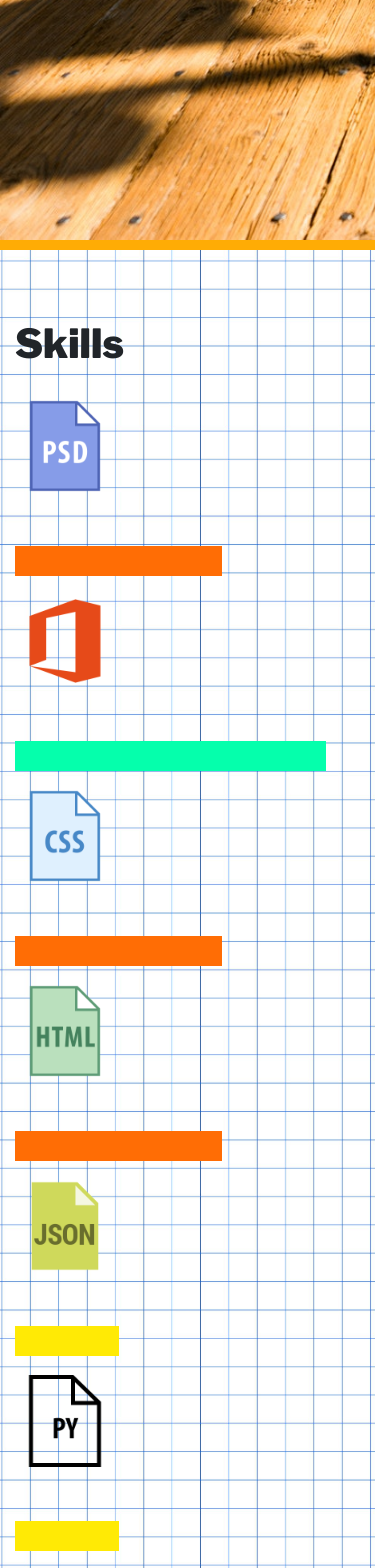
Repository: muhdarifrawi/resume-project
Page: index.html
The author's editor kept a record of every edit. The page is drawn from the files as they stood at one moment, then again after the next edit.
The browser window is 375 px wide. The page is 390 px wide, so the pictures cover 390 px, including what lies to the right of the window. The pictures show the part of the page from y = 560 to 2128 px (the page is 7434 px tall before and 7314 px after).
Pictures or frames that could not be fetched are drawn as grey boxes. Some web libraries are served in a nearby version.

Above is the page before.

After the next edit:
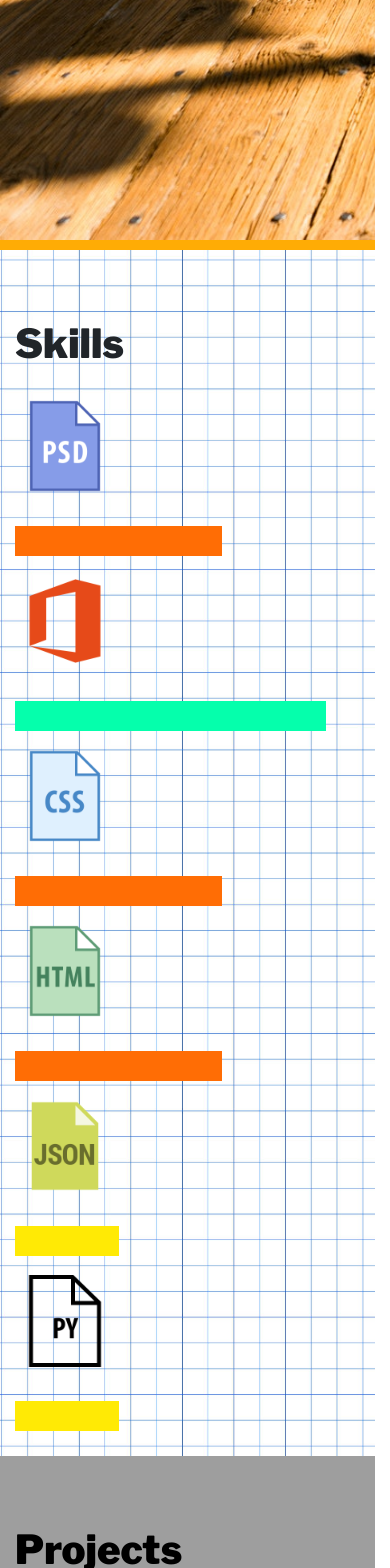
The edit:
--- a/style.css
+++ b/style.css
@@ -334,7 +334,7 @@
 
     margin-left:0px;
     padding-top:20px;
-    padding-bottom:20px;
+
     }
 
     .bar-min, .bar-mid, .bar-full{
